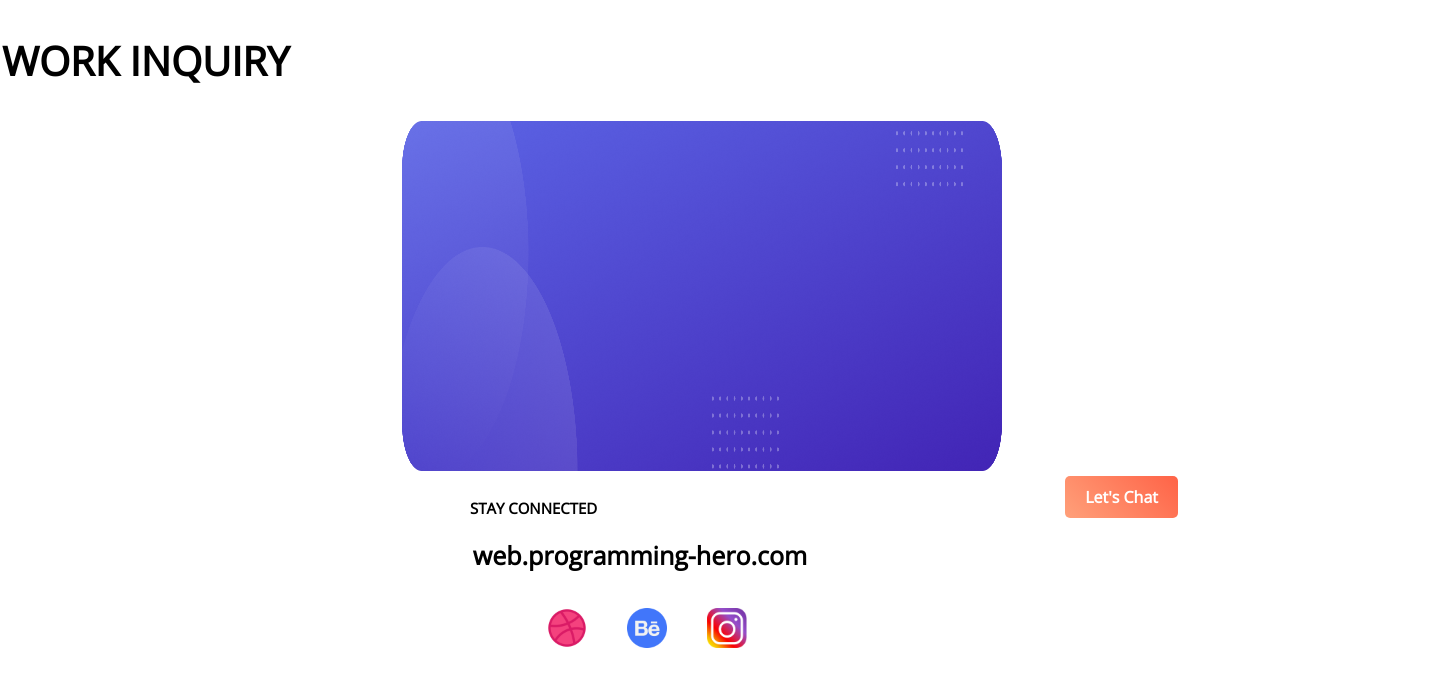
Repository: sabbircse3/personal-website
Page: index.html
These files come from the project's save history. The page is drawn as it stood at one moment and after the next save; the edit follows.
The browser window is 1280 px wide. The page is 1442 px wide, so the pictures cover 1442 px, including what lies to the right of the window. The pictures show the part of the page from y = 2386 to 3069 px (the page is 3069 px tall).

Above is the page before, as saved 2021-01-06 03:56:24.

### index.html
<!DOCTYPE html>
<html lang="en">
<head>
    <title>personal-website</title>
    <link rel="preconnect" href="https://fonts.gstatic.com">
    <link href="https://fonts.googleapis.com/css2?family=Open+Sans&display=swap" rel="stylesheet">
    <link rel="stylesheet" href="style.css">
</head>
<body>

        <div class="menu-1">
            <ul id="menu">
                <li><a href="#">Contact</a></li>
                <li><a href="#">Protfolio</a></li>
                <li><a href="#">Work</a></li>
                <li><a href="#">About</a></li>
            </ul>
        </div>


    <section class="top-banner ">
        <div class="half-width">
            <h1>HELLO, I'M <br> <span class="name-highlight">SABBIR HASAN</span></h1>
            <p>A full stack allaround designer that placerat in massa consectetur</p>
            <a class="link-button" target="_blank" href="https://www.linkedin.com/company/programminghero/">HIRE ME</a>
        </div>

        <div class="half-width">
            <img src="images/sabbir1.png" alt="">
        </div>
    </section>

    <section class="about ">
        <div class="half-width">
            <img src="images/sabbir1.png" alt="">
        </div>

        <div class="half-width">
            <h2> ABOUT</h2>
            <p>Lorem Ipsum is simply dummy text of the printing and typesetting industry. Lorem Ipsum has been the industry's standard dummy text ever since the 1500s, when an unknown printer took a galley of type and scrambled it to make a type specimen book.</p>
            <a class="link-button" target="_blank" href="https://www.linkedin.com/company/programminghero/">Download CV</a>
        </div>

    </section>

    <section class="experience-area">
        <h2 id="head-center"><span class="name-highlight">LASTET</span> WORKING PROJECT</h2>
        <div id="first-project" class="half-width single-experience">
            <img  src="images/image 4.png" alt="" class="center">
            <h3>Power-x-gym (gym website)</h3>
            <p>Lorem Ipsum is simply dummy text of the printing and typesetting industry.</p>

        </div>

        <div id="next-project" class="half-width single-experience">
            <img src="images/image 5.png" alt="" class="center">
            <h3>Creative Agency</h3>
            <p>Lorem Ipsum is simply dummy text of the printing and typesetting industry.</p>

        </div>

        <div id="next-project" class="half-width single-experience">
            <img src="images/image 8.png" alt="" class="center">
            <h3>Hard Rock Music</h3>
            <p>Lorem Ipsum is simply dummy text of the printing and typesetting industry.</p>

        </div>

    </section>



    <section class="education">
        <h1> <span class="name-highlight">EDU</span>CATION</h1>
        <div id="bachelor" class="half-width single-experience">
            <h3>Bachelor of Science in Computer Science</h3>
            <h3 class="blue-highlight">Khwaja Yunus Ali University</h3>
            <h3 class="orange-highlight">2016-2020</h3>
            <p>It is a reputaed private university in this country Bangladesh.</p>
        </div>

        <div id="others" class="half-width single-experience">
            <h3>Higher School Certificate</h3>
            <h3 class="blue-highlight">Bhagopara Shahid Dhanesh Uddin School and Collage</h3>
            <h4 class="orange-highlight">2014-2016</h4>
            <p>It is one of the best collage in our north said of country</p>
        </div>

		<div id="others" class="half-width single-experience">
            <h3>Secoundary School Certificate</h3>
            <h3 class="blue-highlight">Rajapur High School</h3>
            <h4 class="orange-highlight">2009-2014</h4>
            <p>This school is one of the best school in my native area where i was bron.</p>
        </div>

    </section>


    <section>
        <div class="lowest-banner">
            <h2>WORK INQUIRY </h2>
        </div>
        <div class="low-mid">
            <img src="images/Group_33094_1.png" width="600px" height="350px">
        </div>
        <div>
            <a class="chat-button" target="_blank" href="https://www.linkedin.com/company/programminghero/">Let's Chat</a>
        </div>

    </section>


    <footer>
        <h3>STAY CONNECTED</h3>
        <h2>web.programming-hero.com</h2>
        <div class="chat">
            <div class=" chat-experience">
                <img  src="images/image 6.png" alt="" class="center">
            </div>

            <div  class=" chat-experience">
                <img src="images/Group 33059.png" alt="" class="center">
            </div>

            <div  class=" chat-experience">
                <img src="images/image 7.png" alt="" class="center">
            </div>
        </div>

    </footer>




</body>
</html>

### style.css
body{
    font-family: 'Open Sans', sans-serif;
    margin: 2px;
    font-style: normal;
}
.menu-1{
	height: 90px;
}
#menu{
	list-style-type:none;
	width:900px;
	margin:10px auto;
}
#menu li{
	float:right;
}
#menu li a{
	color:black;
	text-decoration:none;
	padding:5px 10px;
}

h1{
    font-size: 50px;
}
h2{
    font-size: 40px;
}

.name-highlight{
    color: #FF8367;
}
.top-banner{

}
.half-width{
    width: 35%;
    float: left;
    margin-left: 5%;
    padding-left: 2%;
}
.half-width img{
    width: 100%;
}
section{
    height: 450px;
}
.link-button{
    text-decoration: none;
    background-image: linear-gradient(45deg, lightSalmon, tomato);
    padding: 10px 20px;
    border-radius: 5px;
    color: white;
    font-weight: 700;
}
#head-center{
    text-align: center;
    margin: 80px;
    padding: 50px;
}
.experience-area{
    background-color: #E5E5E5;
    background-position: left;
    width: 1440px;
    height: 814px;
}
.center {
    display: block;
    margin-left:-15px;
    margin-top: 15px;
    width: 50%;
  }
.orange-highlight{
    color: orange;
}
.single-experience{
    box-shadow: 0px 4px 4px rgba(0, 0, 0, 0.25);
    border-radius: 10px;
	height: 45%;
	width: 23%;
}
#first-project{
    background-color: white;
}
#next-project{
	background-color: white;
}

.education{
    background-image: url("images/exp-bg.png");
    background-repeat: no-repeat;
    background-position: left;
}
#bachelor{
    border-left: 7px solid;
    border-image: linear-gradient(180deg, lightSalmon, tomato);
    border-image-slice: 1;
    background-color: white;
    height: 55%;
	width: 25%;
}
#others{
    border-left: 7px solid;
    border-image: linear-gradient(180deg, blue, cyan);
    border-image-slice: 1;
    height: 55%;
	width: 25%;
}
.blue-highlight{
    color:rgba(0, 0, 139, 0.705);
}
.lowest-banner{


}
.low-mid{
    margin-left: 400px;
}
.chat-button{
    text-decoration: none;
    background-image: linear-gradient(45deg, lightSalmon, tomato);
    padding: 10px 20px;
    margin-right: 100px;
    border-radius: 5px;
    color: white;
    font-weight: 700;
    float: right;
}

footer h2{
    text-align: center;
    font-size: 25px;
}
footer h3{
    text-align: center;
    font-size: 15px;
}
.chat{
    margin-left: 560px;
}
.chat-experience{
	height: 90px;
    width: 80px;
    display: block;
    float:left;
}

After the next save:
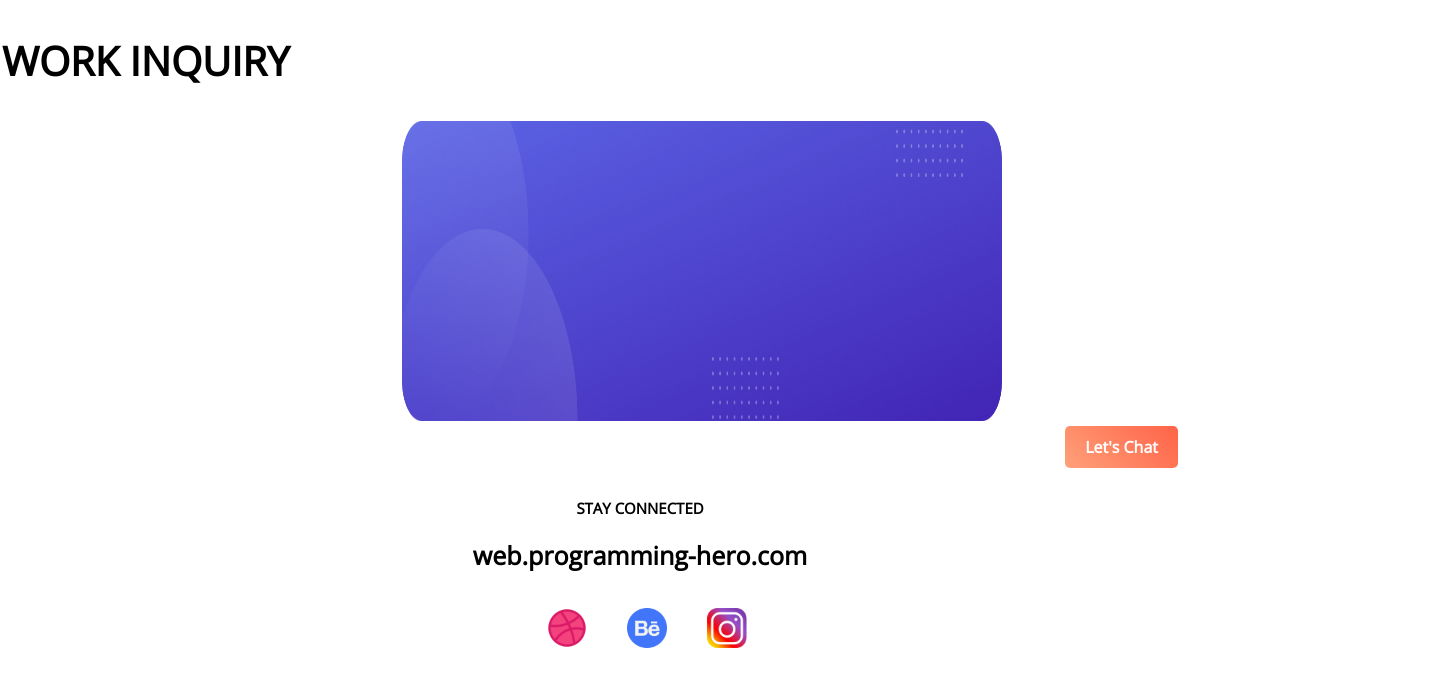
Saved 7 s later.
--- a/index.html
+++ b/index.html
@@ -101,7 +101,7 @@
             <h2>WORK INQUIRY </h2>
         </div>
         <div class="low-mid">
-            <img src="images/Group_33094_1.png" width="600px" height="350px">
+            <img src="images/Group_33094_1.png" width="600px" height="300px">
         </div>
         <div>
             <a class="chat-button" target="_blank" href="https://www.linkedin.com/company/programminghero/">Let's Chat</a>
